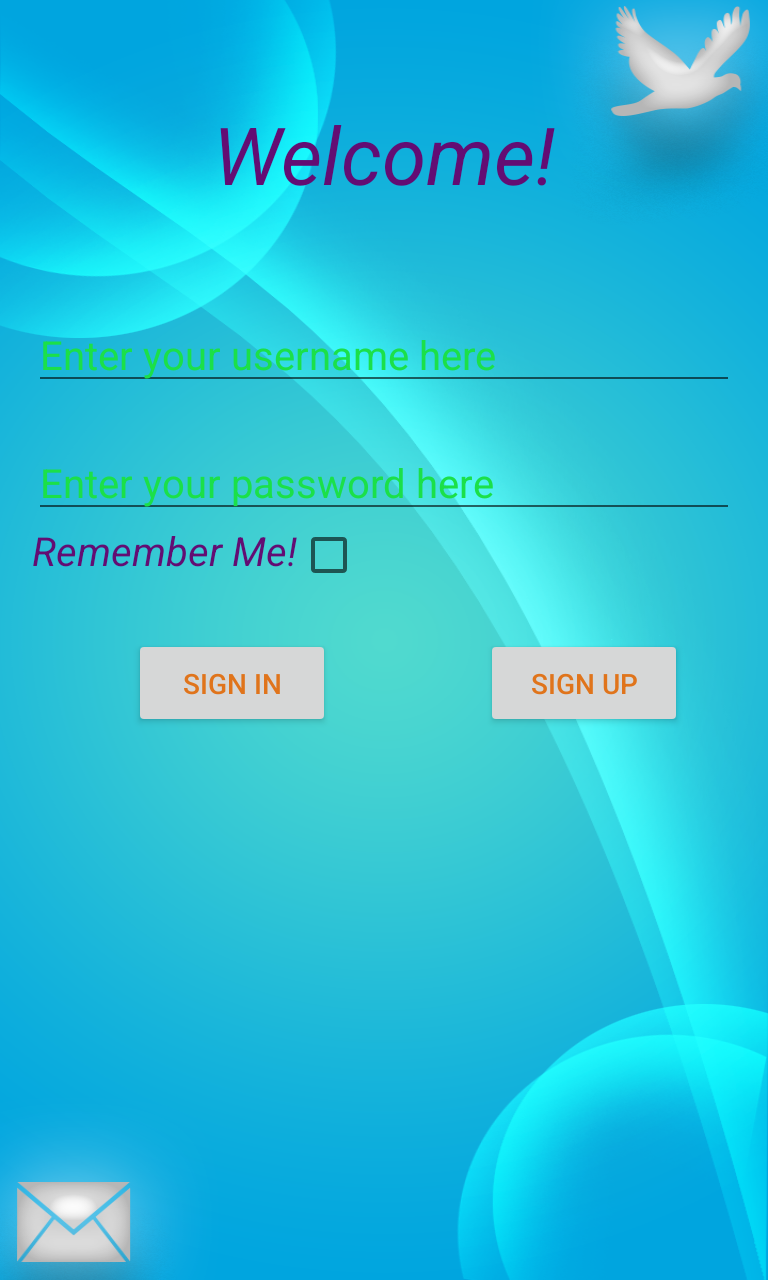
Repository: JodyCoolit/android
Layout: Delivery/res/layout/activity_login.xml
The author's editor kept a copy of each file at every save. The layout is drawn from the files as they stood at one save, then again after a run of saves.
It is drawn on a 768 x 1280 px phone screen (xhdpi) without system bars, with theme AppTheme; the app's code is not run.

Above is the layout before, as saved 2014-08-25 02:26:46.

After the next 3 saves:
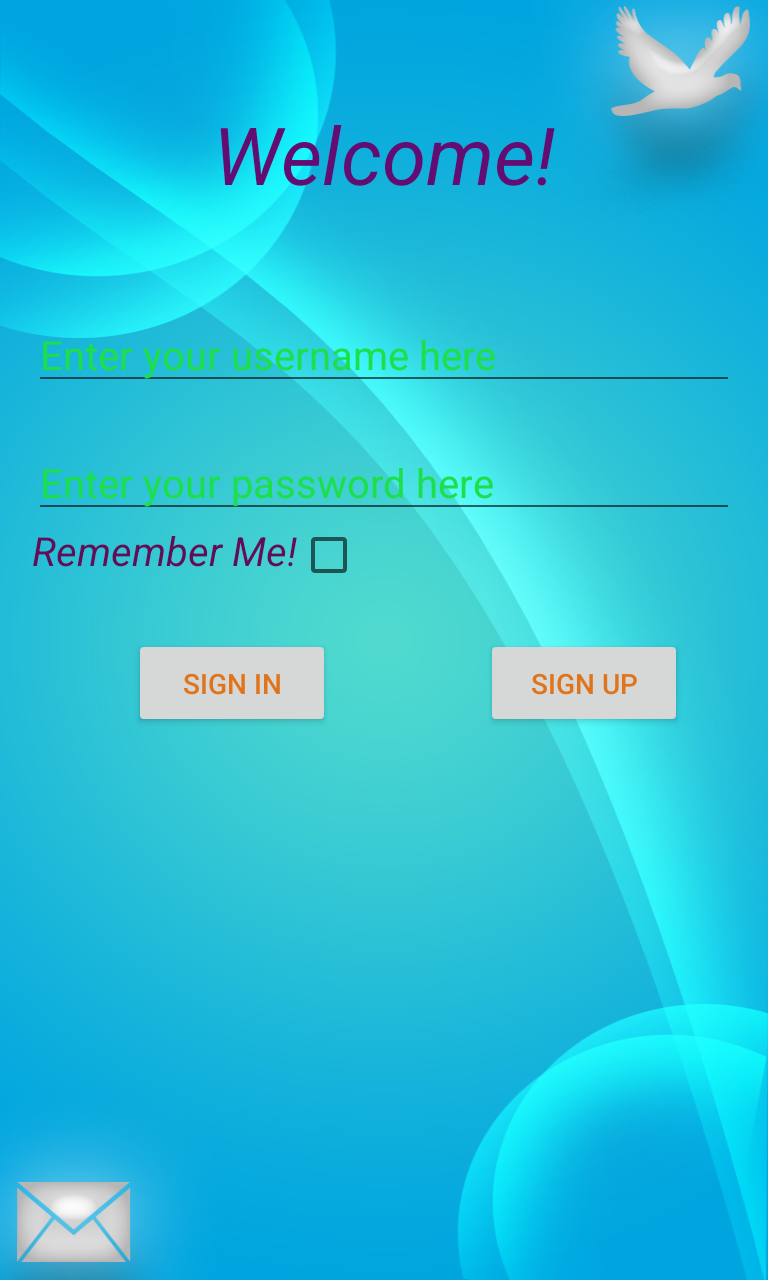
The 3 saves are shown as one change because they came seconds apart.
The last was saved 11 s later.
--- a/Delivery/res/layout/activity_login.xml
+++ b/Delivery/res/layout/activity_login.xml
@@ -51,7 +51,7 @@
         android:text="@string/rememberMe"
         android:textSize="20sp"
         android:textStyle="italic"
-        android:textColor="#630D73"
+        android:textColor="#620D55"
          />
     	<CheckBox
         android:id="@+id/cb_rememberMe"
